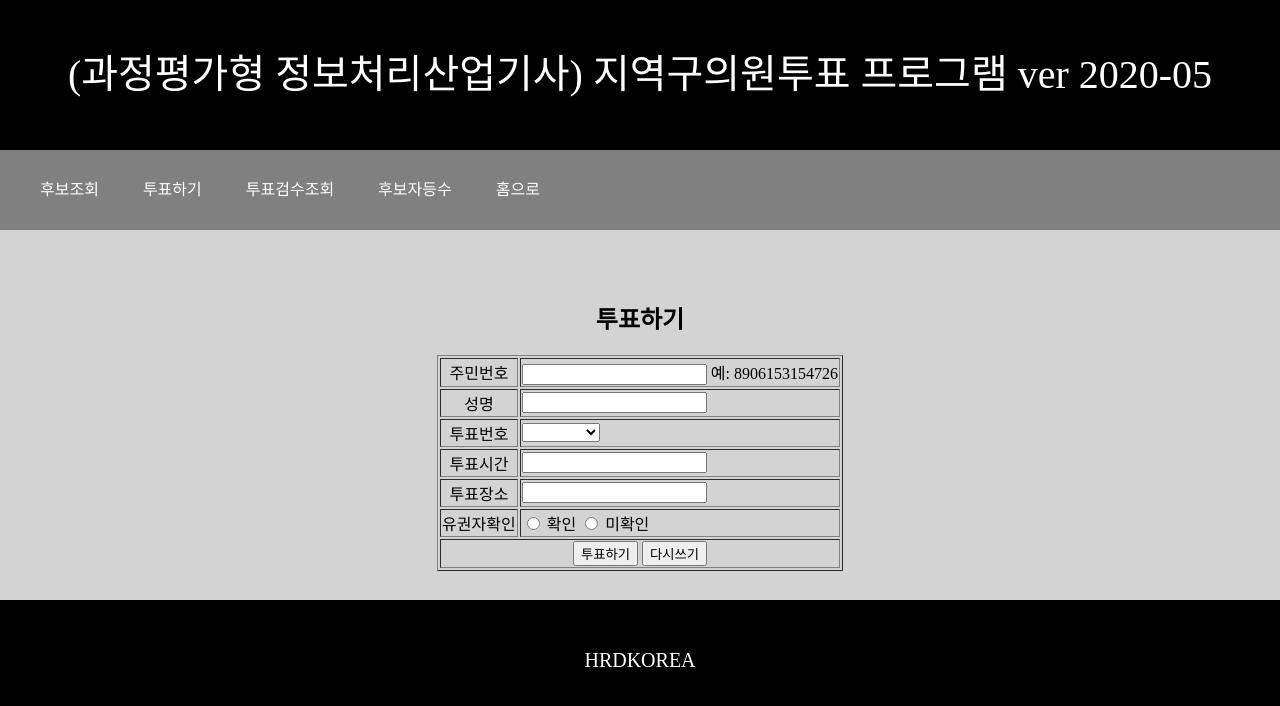
Repository: junhee97/-
Page: http://localhost/HRD_03/vote.jsp
An editor plug-in stored every save of this project. The page is shown before and after the next save, followed by the edit.
The browser window is 1280 px wide. The pictures show the whole page.
The page is served by Tomcat 9.

Above is the page before, as saved 2025-08-14 12:46:37.

### HRD_03/WebContent/vote.jsp
<%@ page language="java" contentType="text/html; charset=UTF-8"
    pageEncoding="UTF-8"%>
<!DOCTYPE html PUBLIC "-//W3C//DTD HTML 4.01 Transitional//EN" "http://www.w3.org/TR/html4/loose.dtd">
<html>
<head>
<meta http-equiv="Content-Type" content="text/html; charset=UTF-8">
<title>Insert title here</title>
</head>
<body>

<jsp:include page="header.jsp"></jsp:include>

<section style="position: fixed; top: 230px; left: 0px; width: 100%; height: 100%; background-color: lightgray;">
<h2 style="text-align: center; padding-top: 50px;">투표하기</h2>

<form style = "display: flex; align-items: center; justify-content: center; ">
	<table border = "1">
		<tr>
			<td style = "text-align: center;">주민번호</td>
			<td>
				<input type = "text" name = "v_jumin"> 예: 8906153154726
			</td>
		</tr>
		<tr>
			<td style = "text-align: center;">성명</td>
			<td>
				<input type = "text" name = "v_name">
			</td>
		</tr>
		<tr>
			<td style = "text-align: center;">투표번호</td>
			<td>
				<select name = "m_no">
					<option> &nbsp;</option>
					<option value = "1">[1] 김후보</option>
					<option value = "2">[2] 이후보</option>
					<option value = "3">[3] 박후보</option>
					<option value = "4">[4] 조후보</option>
					<option value = "5">[5] 최후보</option>
				</select>
			</td>
		</tr>
		<tr>
			<td style = "text-align: center;">투표시간</td>
			<td>
				<input type = "text">
			</td>
		</tr>
		<tr>
			<td style = "text-align: center;">투표장소</td>
			<td>
				<input type = "text">
			</td>
		</tr>
		<tr>
			<td style = "text-align: center;">유권자확인</td>
			<td>
				<input type = "radio"> 확인
				<input type = "radio"> 미확인
			</td>
		</tr>
		<tr>
			<td colspan="2" style = "text-align: center;">
				<input type = "button" value = "투표하기">
				<input type = "button" value = "다시쓰기">
			</td>
		</tr>
	</table>
</form>

</section>

<jsp:include page="footer.jsp"></jsp:include>


</body>
</html>

### HRD_03/WebContent/header.jsp
<%@ page language="java" contentType="text/html; charset=UTF-8"
    pageEncoding="UTF-8"%>
<!DOCTYPE html PUBLIC "-//W3C//DTD HTML 4.01 Transitional//EN" "http://www.w3.org/TR/html4/loose.dtd">
<html>
<head>
<meta http-equiv="Content-Type" content="text/html; charset=UTF-8">
<title>Insert title here</title>

<style>
	a{
		text-decoration: none;
		color: white;
	}
</style>

</head>
<body>

	<header style="position:fixed; top:0px; left:0px; width:100%; height: 150px; line-height: 150px; background-color: black; color: white; text-align: center; font-size: 40px;">
		(과정평가형 정보처리산업기사) 지역구의원투표 프로그램 ver 2020-05
	</header>

	<nav style="position: fixed; top: 150px; left: 0px; width: 100%; height: 80px; line-height: 80px; background-color: gray; padding-left: 40px;">
		<a href="m_list.jsp">후보조회</a> &nbsp; &nbsp; &nbsp; &nbsp; &nbsp;
		<a href="vote.jsp">투표하기</a> &nbsp; &nbsp; &nbsp; &nbsp; &nbsp;
		<a href="v_list.jsp">투표검수조회</a> &nbsp; &nbsp; &nbsp; &nbsp; &nbsp;
		<a href="rank.jsp">후보자등수</a> &nbsp; &nbsp; &nbsp; &nbsp; &nbsp;
		<a href="index.jsp">홈으로</a>
	</nav>

</body>
</html>

### HRD_03/WebContent/footer.jsp
<%@ page language="java" contentType="text/html; charset=UTF-8"
    pageEncoding="UTF-8"%>
<!DOCTYPE html PUBLIC "-//W3C//DTD HTML 4.01 Transitional//EN" "http://www.w3.org/TR/html4/loose.dtd">
<html>
<head>
<meta http-equiv="Content-Type" content="text/html; charset=UTF-8">
<title>Insert title here</title>
</head>
<body>

	<footer style="position: fixed; bottom: 0px; left: 0px; width: 100%; height: 120px; line-height: 120px; text-align: center; background-color: black; color: white; font-size: 20px;">
		HRDKOREA
	</footer>

</body>
</html>

After the next save:
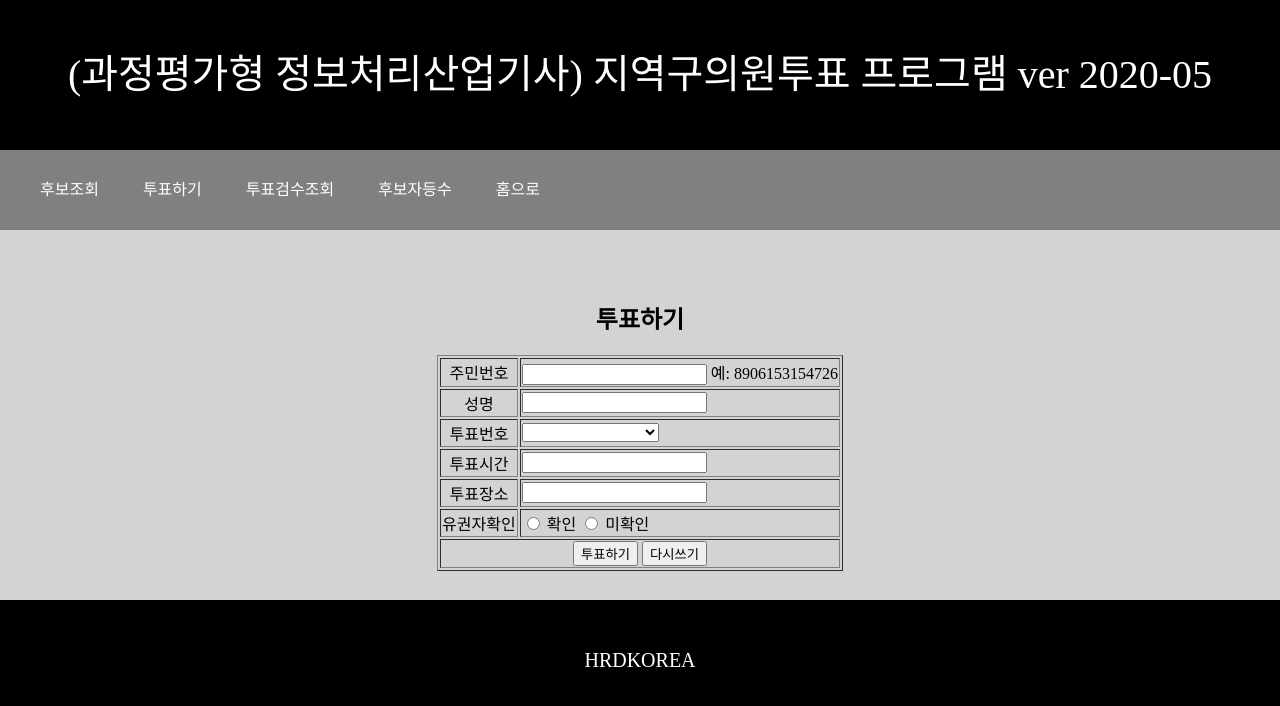
Saved 5 s later.
--- a/HRD_03/WebContent/vote.jsp
+++ b/HRD_03/WebContent/vote.jsp
@@ -31,7 +31,7 @@
 			<td style = "text-align: center;">투표번호</td>
 			<td>
 				<select name = "m_no">
-					<option> &nbsp;</option>
+					<option> &nbsp; &nbsp; &nbsp; &nbsp; &nbsp; &nbsp; &nbsp; &nbsp; &nbsp; &nbsp; &nbsp; &nbsp; &nbsp; &nbsp; &nbsp; &nbsp;</option>
 					<option value = "1">[1] 김후보</option>
 					<option value = "2">[2] 이후보</option>
 					<option value = "3">[3] 박후보</option>

After the save that followed:
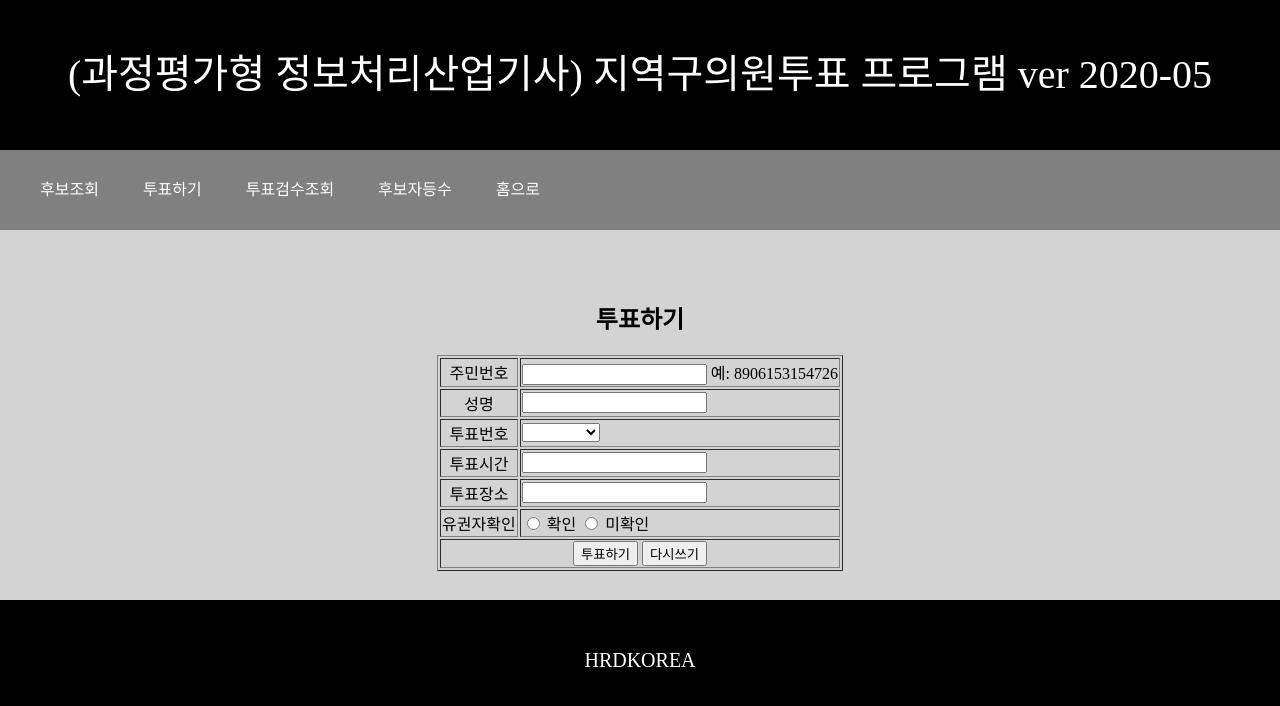
Saved 5 s later.
--- a/HRD_03/WebContent/vote.jsp
+++ b/HRD_03/WebContent/vote.jsp
@@ -31,7 +31,7 @@
 			<td style = "text-align: center;">투표번호</td>
 			<td>
 				<select name = "m_no">
-					<option> &nbsp; &nbsp; &nbsp; &nbsp; &nbsp; &nbsp; &nbsp; &nbsp; &nbsp; &nbsp; &nbsp; &nbsp; &nbsp; &nbsp; &nbsp; &nbsp;</option>
+					<option></option>
 					<option value = "1">[1] 김후보</option>
 					<option value = "2">[2] 이후보</option>
 					<option value = "3">[3] 박후보</option>
